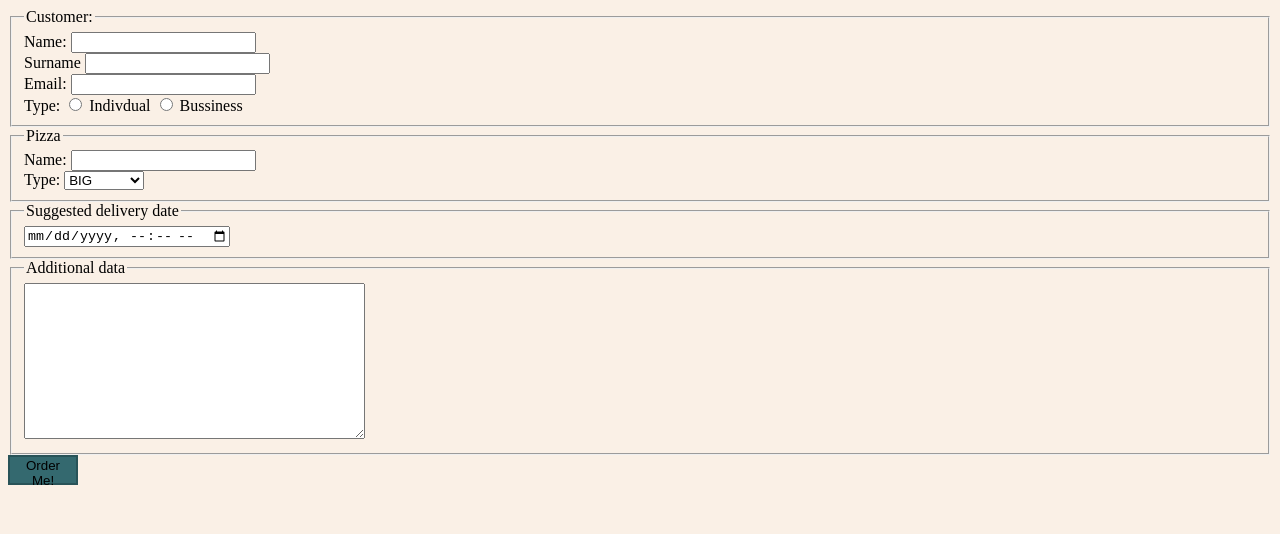
Repository: wisni4k/html-trainee
Page: testWeb/WebContent/Formularz.html
An editor plug-in stored every save of this project. The page is shown before and after the next save, followed by the edit.
The browser window is 1280 px wide. The pictures show the whole page.

Above is the page before, as saved 2015-07-10 12:47:46.

### testWeb/WebContent/Formularz.html
<!DOCTYPE html>
<html>
<head>
<meta charset="UTF-8">
<title>Insert title here</title>
<link rel="stylesheet" type="text/css" href="FromularzStyle.css">
</head>
<body>
	<form>
		<fieldset>
			<legend>Customer:</legend>
			Name: <input name ="name" type="text"><br> Surname <input type="text"><br>
			Email: <input name ="email" type="text"><br>
			Type: <input type="radio" name="group1" value="Indivdual"> Indivdual
					<input type="radio" name="group1" value="Bussiness"> Bussiness
		</fieldset>

		<fieldset>
			<legend>Pizza</legend>
			Name: <input name="pizzaName" type="text"><br>
			 Type: <select name="decision">
				<option selected>BIG
				<option>SMALL
				<option>NORMAL
				<option>LARGE
			</select>
		</fieldset>
		<fieldset>
			<legend>Suggested delivery date</legend>
			<form>
				<input type="datetime-local" value="yyyy-mm-dd" />
			</form>
		</fieldset>
		<fieldset>
			<legend>Additional data</legend>
			<textarea name="nazwa" cols="40" rows="10">

			</textarea>
		</fieldset>
	</form>
		<form action="OrdersList.html">
		<button type="submit" onclick="Formularz.html">Order Me!</button>
	</form>
</body>
</html>

### testWeb/WebContent/FromularzStyle.css
@CHARSET "UTF-8";

body {
    background-color: linen;
}

button {
    display: block;
    height: 30px;
    width: 70px;
    background: #34696f;
    border: 2px solid rgba(33, 68, 72, 0.59);
}

After the next save:
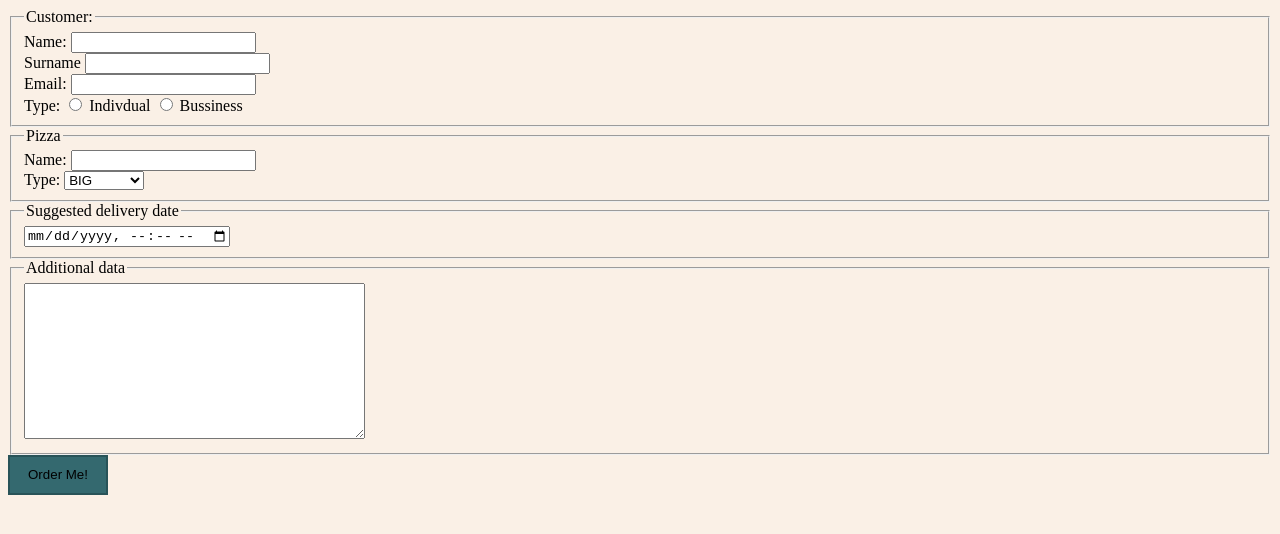
Saved 9 s later.
--- a/testWeb/WebContent/FromularzStyle.css
+++ b/testWeb/WebContent/FromularzStyle.css
@@ -6,8 +6,8 @@ body {
 
 button {
     display: block;
-    height: 30px;
-    width: 70px;
+    height: 40px;
+    width: 100px;
     background: #34696f;
     border: 2px solid rgba(33, 68, 72, 0.59);
 }
